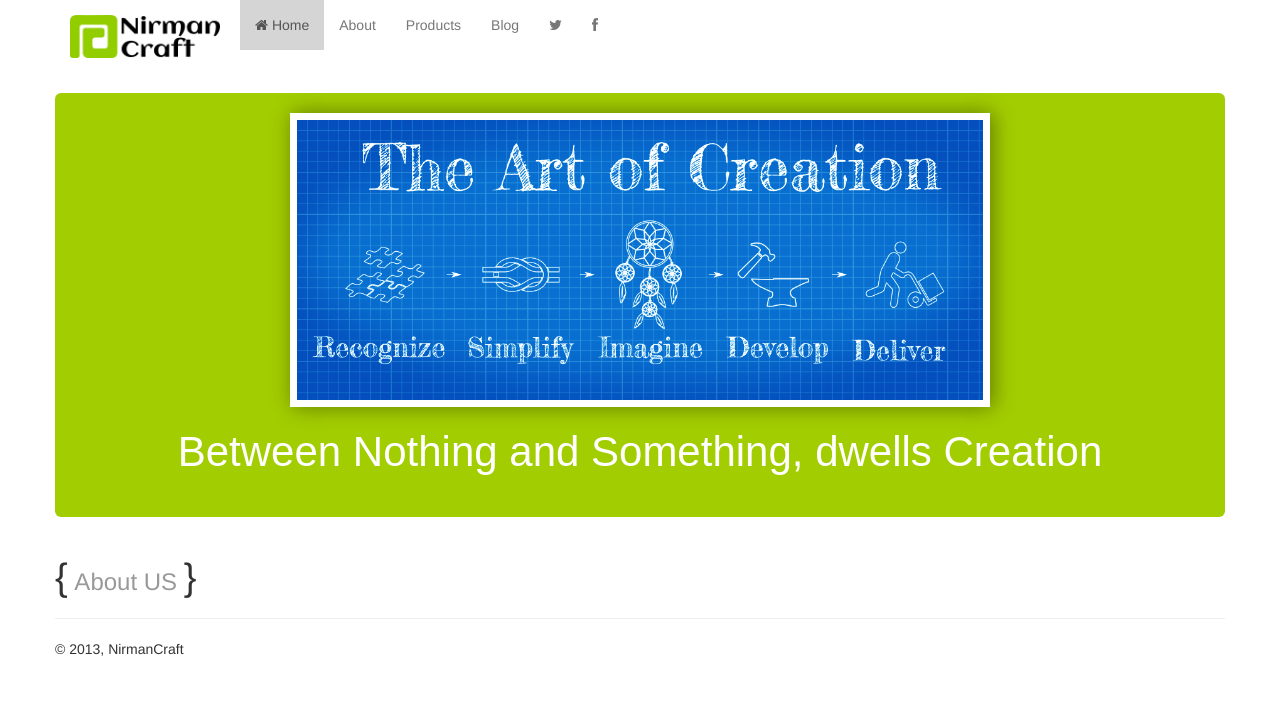
Repository: MeShreyas/NirmanCraftWebsite
Page: NirmanCraft/index.html
An editor plug-in stored every save of this project. The page is shown before and after the next save, followed by the edit.
The browser window is 1280 px wide. The pictures show the whole page.
Some web fonts or font styles are not loaded; a fallback is used.

Above is the page before, as saved 2013-10-07 12:20:41.
Console error: ReferenceError: jQuery is not defined

After the next save:
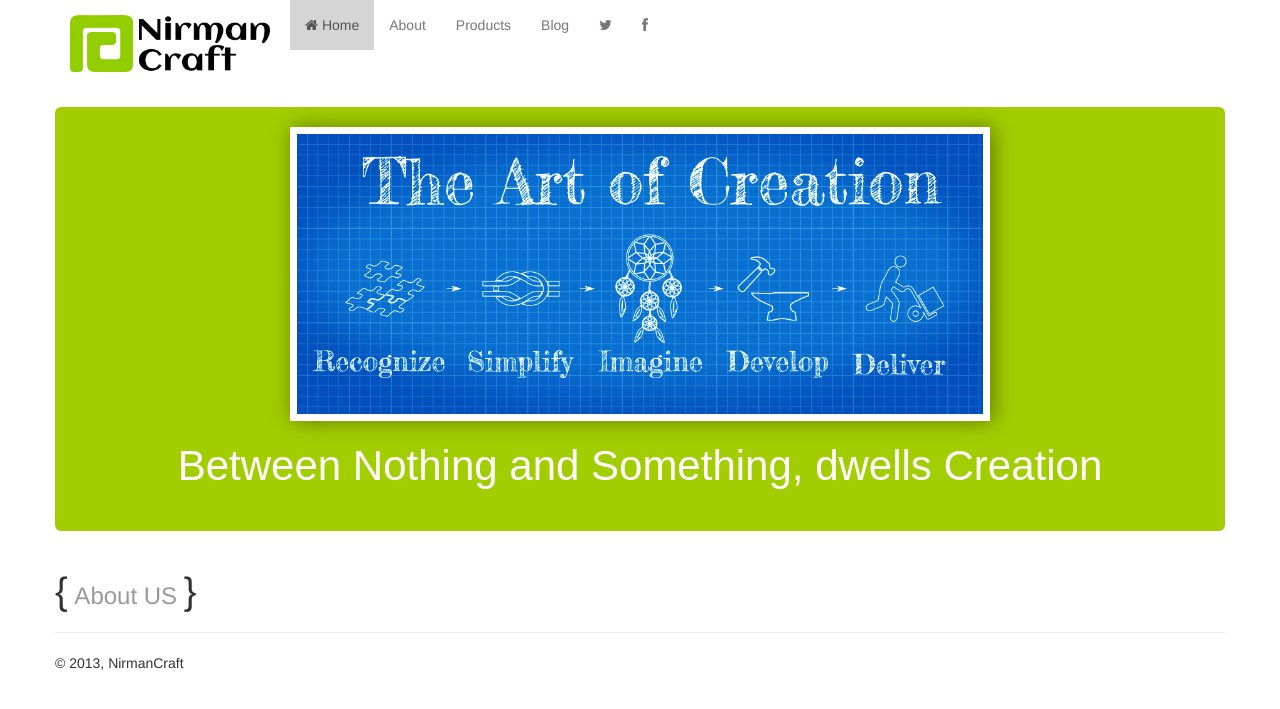
Saved 2 min 29 s later.
--- a/NirmanCraft/index.html
+++ b/NirmanCraft/index.html
@@ -25,7 +25,7 @@
 			<header role="banner" class="navbar" style="background-color: #FFFFFF">
 				<div class="container">
 					<div class="navbar-header">
-						<a class="navbar-brand" href="../"><img src="images/nclogo.png" width="150px"/></a>
+						<a class="navbar-brand" href="../"><img src="images/nclogo.png" width="200px"/></a>
 					</div>
 					<div>
 						<ul class="nav navbar-nav container" >
